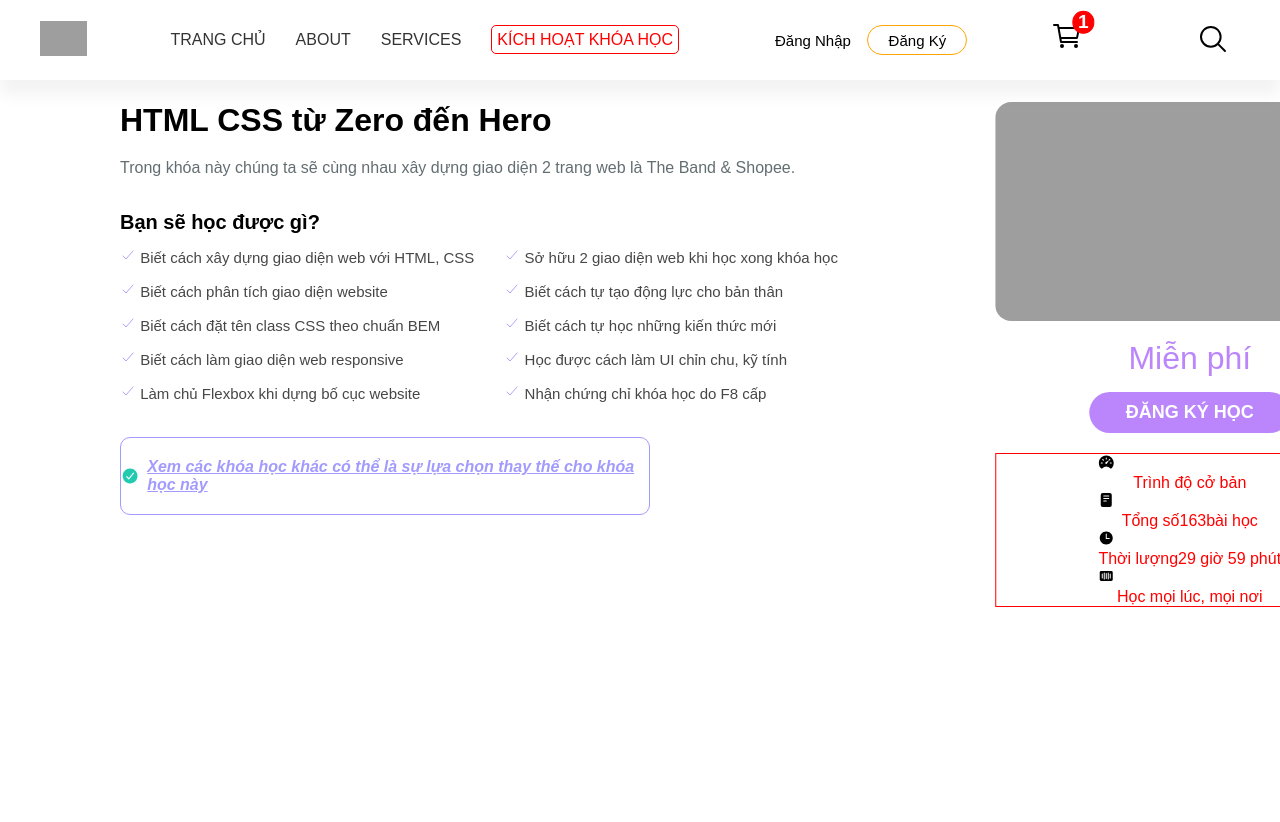
Repository: hoanghuuphuc/hoanghuuphuc
Page: details.html
The author's editor kept a copy of each file at every save. The page is drawn from the files as they stood at one save, then again after the next save.
The browser window is 1280 px wide. The pictures show the whole page.
Pictures or frames that could not be fetched are drawn as grey boxes.

Above is the page before, as saved 2022-12-11 22:32:32.
Console error: TypeError: Cannot read properties of null (reading 'addEventListener')

After the next save:
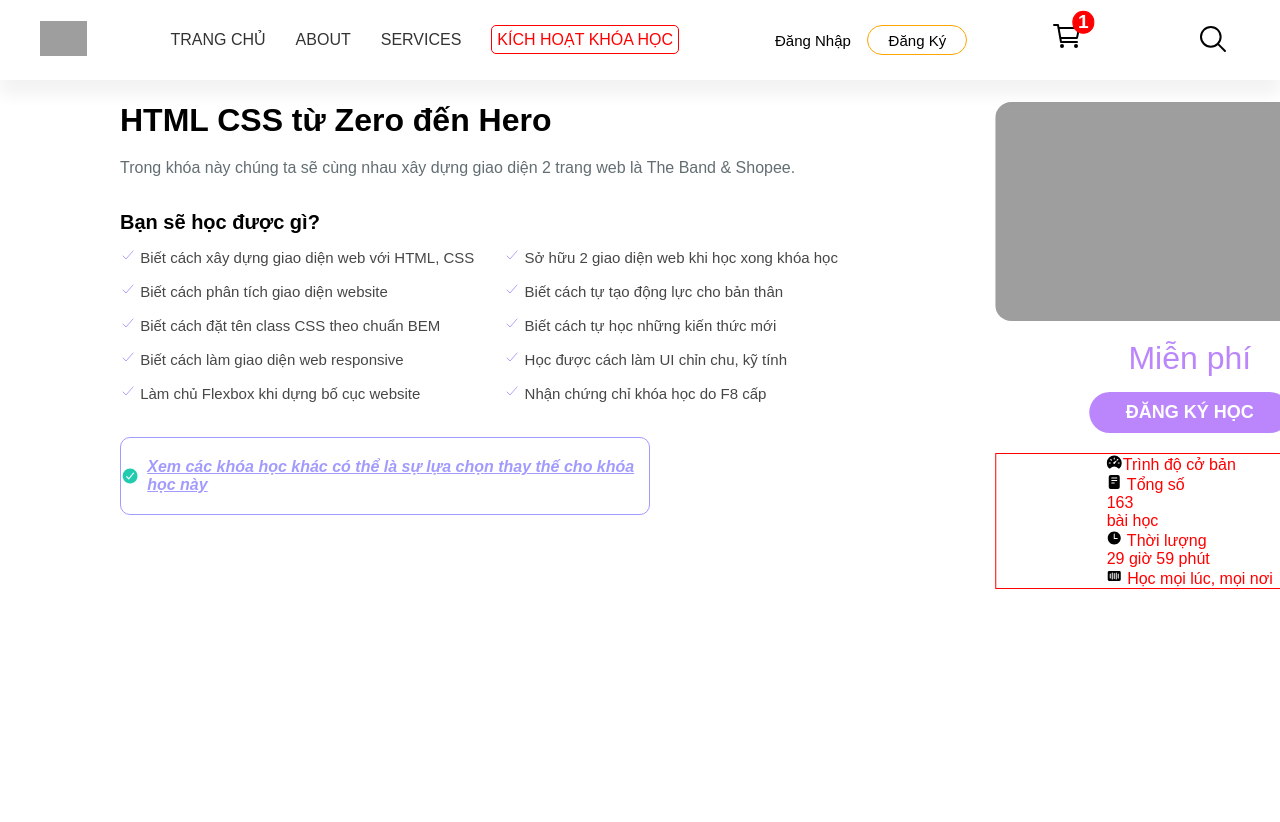
Saved 29 s later.
--- a/style.css
+++ b/style.css
@@ -789,7 +789,4 @@ footer {
 }
 .details-right-content2 ul li span {
   color: red;
-  display: flex;
-  align-items: center;
-  justify-content: center;
-}
+}
